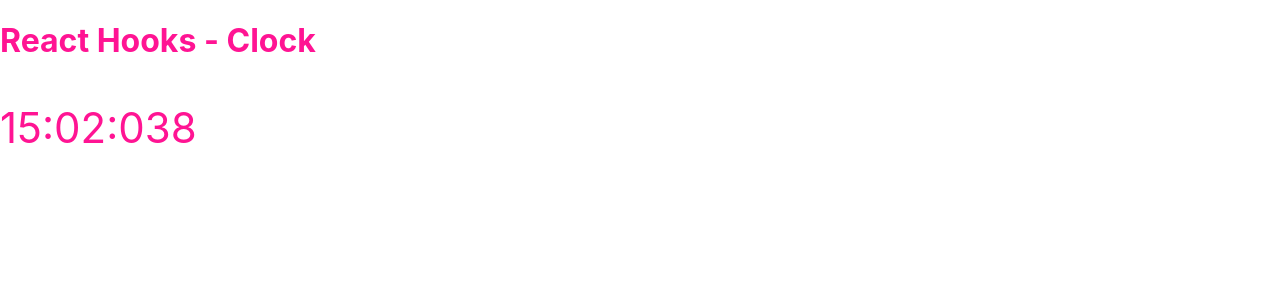
Repository: trongtamdev/react-hooks-basic
Page: /
The author's editor kept a copy of each file at every save. The page is drawn from the files as they stood at one save, then again after a run of saves.
The browser window is 1280 px wide. The pictures show the whole page.
The page's requests for data from a server got no answer. The project was rebuilt for these pictures with package versions that can differ from the ones it lists, and the page was loaded fresh each time. No one was signed in, and anything a server would have sent is missing. Also part of the build but not shown: src/components/ColorBox/ColorBox.scss, src/components/ColorBox/index.jsx, src/components/TodoList/index.jsx, src/components/TodoForm/index.jsx, src/components/PostList/index.jsx, src/components/Pagination/index.jsx, src/components/PostFiltersForm/index.jsx.

Above is the page before, as saved 2022-09-06 10:12:47.

After the next 2 saves:
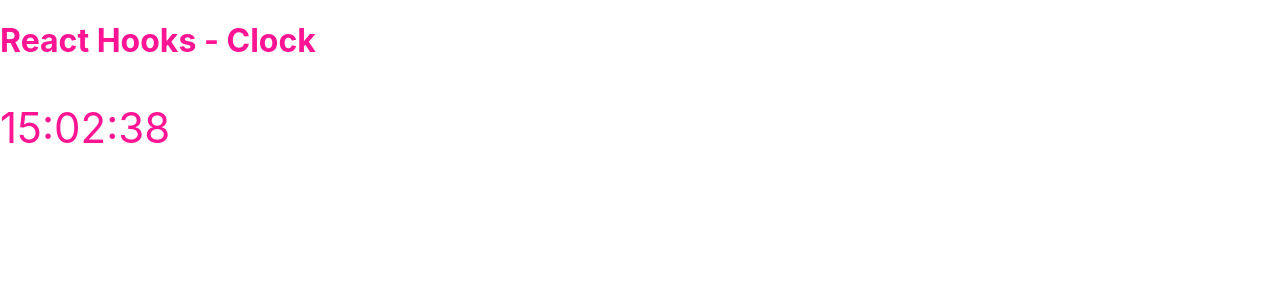
The 2 saves are shown as one change because they came seconds apart.
The last was saved 7 s later.
--- a/src/components/Clock/index.jsx
+++ b/src/components/Clock/index.jsx
@@ -10,7 +10,7 @@ function formatDate(date) {
 
     const hours = `0${date.getHours()}`.slice(-2);
     const minutes = `0${date.getMinutes()}`.slice(-2);
-    const seconds = `0${date.getSeconds()}`;
+    const seconds = `0${date.getSeconds()}`.slice(-2);
 
     return `${hours}:${minutes}:${seconds}`;
 }
